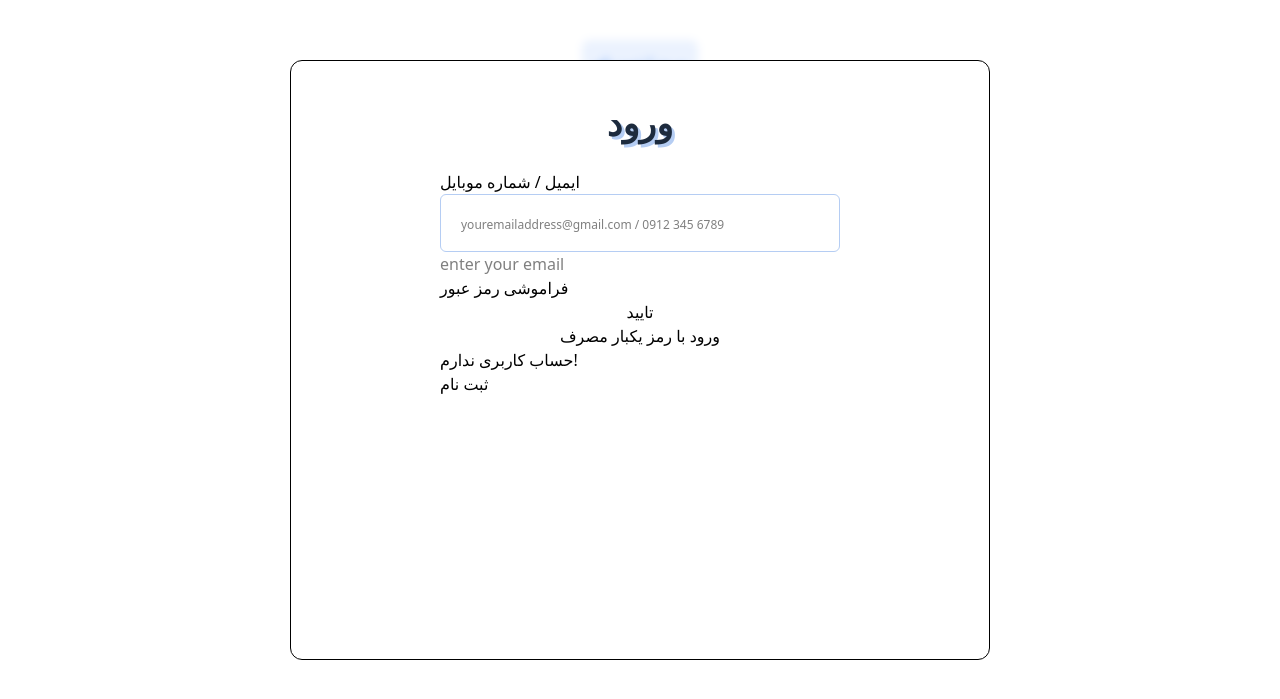
Repository: mohsenSarvariHero/AngularBase
Page: / (app in popup/), after clicking the first element matching `button.rounded-\[8px\]`
An editor plug-in stored every save of this project. The page is shown before and after the next save, followed by the edit.
The browser window is 1280 px wide. The pictures show the whole page.
The project was rebuilt for these pictures with package versions that can differ from the ones it lists, and the page was loaded fresh each time.

Above is the page before, as saved 2025-03-23 13:15:41.

After the next save:
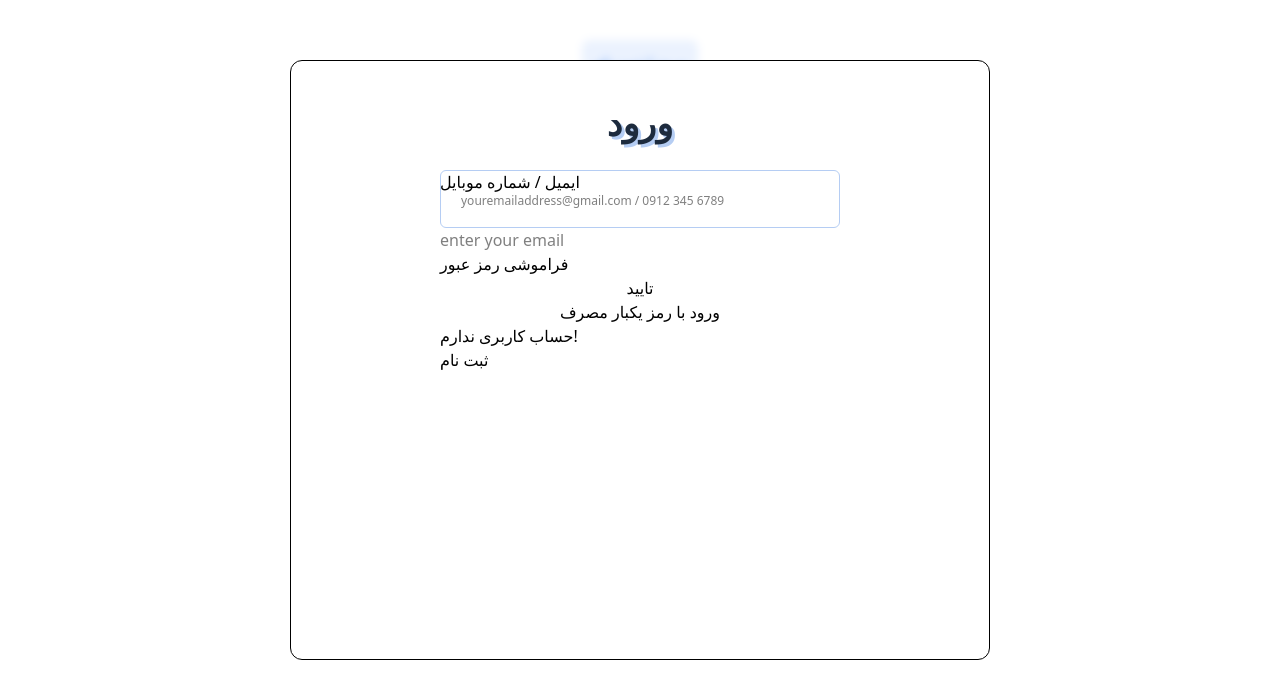
Saved 2 s later.
--- a/popup/src/popUp/PopUp.jsx
+++ b/popup/src/popUp/PopUp.jsx
@@ -59,7 +59,7 @@ function PopUp({onclose }) {
           <h1 className='text-[#1d2b3e] text-[35px] font-bold mt-9 ' style={{ textShadow: '3px 3px 0px #B5CDF3' }}>ورود</h1>
           <form className='flex flex-col'>
             <div className='flex flex-col'>
-            <label className='ab'>ایمیل / شماره موبایل</label>
+            <label className='absolute'>ایمیل / شماره موبایل</label>
               <input type="email" placeholder="youremailaddress@gmail.com / 0912 345 6789" className='border-1 border-[#B5CDF3] rounded-md px-5 py-4 w-[400px]  placeholder:text-[12px]'    required />
             </div>
             <input type="password" placeholder="enter your email" required />
